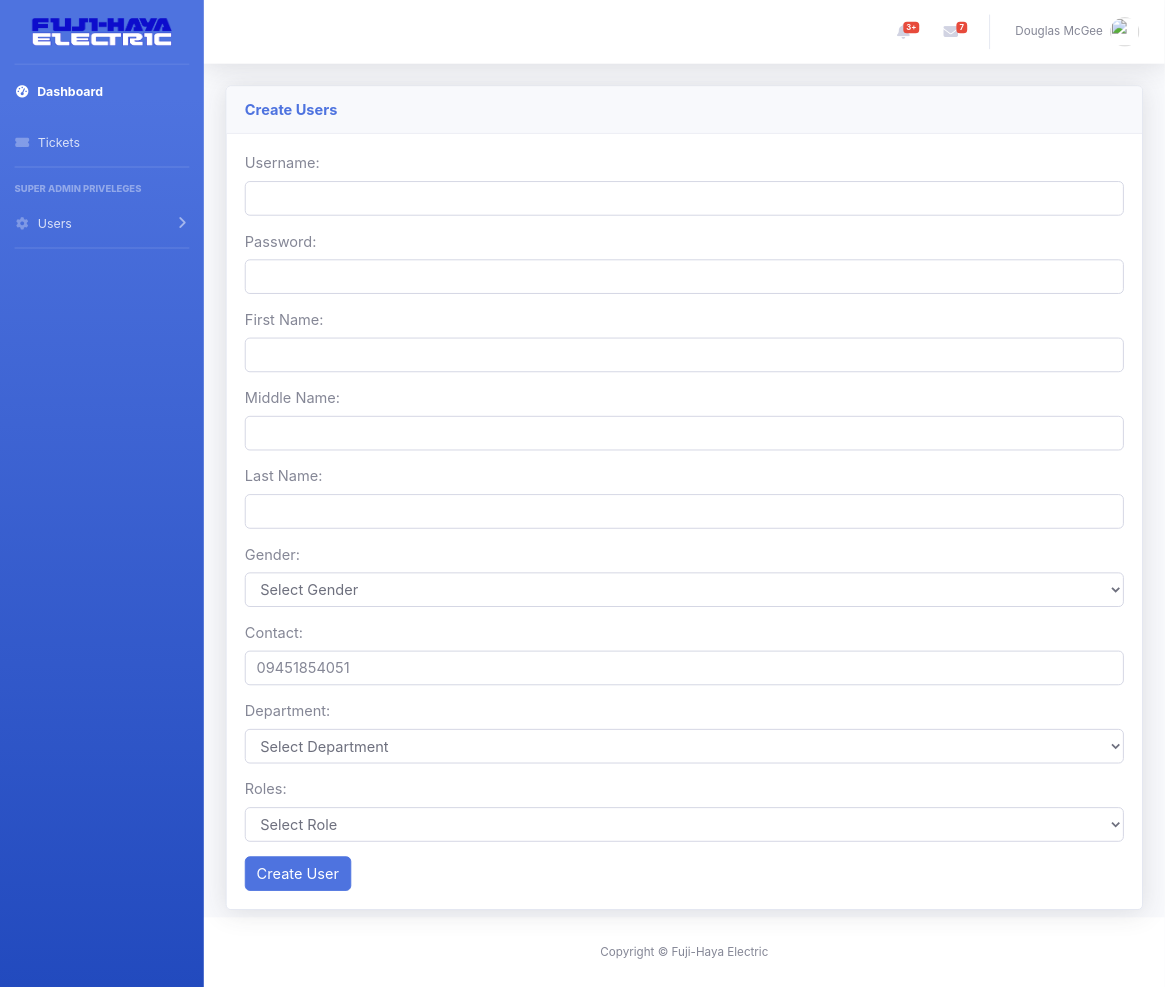
Repository: ejerasga/ticket-inventory
Page: http://localhost/user/create
An editor plug-in stored every save of this project. The page is shown before and after the next save, followed by the edit.
The browser window is 1280 px wide. The pictures show the whole page, at 91% of full size.
The page is served by the project's Laravel application, run on PHP 8.4 with Laravel 10. Other server files are loaded and not shown. Queries for data that is not in the repository find no rows.

Above is the page before, as saved 2025-02-13 16:33:53.

### routes/web.php
<?php

use Illuminate\Support\Facades\Route;
use App\Http\Controllers\Auth\LoginController;
use App\Http\Controllers\UserController;
use App\Http\Controllers\DashboardController;

Route::get('/', function () {
    return view('login');
});

Route::get('/dashboard', function () {
    return view('dashboard');
})->middleware('auth');


// Show the login form
Route::get('login', [LoginController::class, 'showLoginForm'])->name('login');

// Handle the login form submission
Route::post('login', [LoginController::class, 'login']);

// Handle logout
Route::post('logout', [LoginController::class, 'logout'])->name('logout');


Route::get('/dashboard', [DashboardController::class, 'index'])->name('dashboard');  // send user to dashboard

Route::get('/user/create', [UserController::class, 'index'])->name('user_create');  // send user to creating users page

### app/Http/Controllers/UserController.php
<?php

namespace App\Http\Controllers;

use Illuminate\Http\Request;
use App\Models\User;
use App\Http\Requests\CreateUserValidation;
use Illuminate\Support\Facades\Hash;
use App\Models\Department;
use App\Models\Role;

class UserController extends Controller
{
    public function index()
    {
        $departments = Department::all(); // Fetch all departments
        $roles = Role::all(); // Fetch all roles

        return view('users.create_users', compact('departments', 'roles'));
    }



}

### app/Models/Department.php
<?php

namespace App\Models;

use Illuminate\Database\Eloquent\Factories\HasFactory;
use Illuminate\Database\Eloquent\Model;

class Department extends Model
{
    use HasFactory;

    protected $table = 'departments';

    protected $primaryKey = 'd_id'; // primary key
    protected $fillable = ['d_name'];

    public $timestamps = false; // `created_at` and `updated_at` are NULL


    public function users() {
        return $this->hasMany(User::class, 'd_id');
    }

}

### app/Models/Role.php
<?php

namespace App\Models;

use Illuminate\Database\Eloquent\Factories\HasFactory;
use Illuminate\Database\Eloquent\Model;

class Role extends Model
{
    use HasFactory;

    protected $table = 'roles';

    protected $primaryKey = 'r_id'; // primary key
    protected $fillable = ['r_name'];

    public $timestamps = false; // `created_at` and `updated_at` are NULL


    public function users() {
        return $this->hasMany(User::class, 'r_id');
    }

}

### resources/views/users/create_users.blade.php
@extends('layout.header')
    @section('content')


    <div class="container-fluid">

        <!-- Page Heading -->
        {{-- <div class="d-sm-flex align-items-center justify-content-between mb-4">
            <h1 class="h3 mb-0 text-gray-800">Create Users</h1>
        </div> --}}

        <div class="card shadow mb-2">
            <div class="card-header py-3">
                <h6 class="m-0 font-weight-bold text-primary">Create Users</h6>
            </div>
            <div class="card-body">
                <form action="" method="post" autocomplete="off">
                    @csrf
                    <div class="form-group">
                        <label for="u_username">Username:</label>
                        <input type="text" class="form-control" id="u_username" name="u_username" aria-describedby="emailHelp">
                        @error('u_username')
                            <span class="error text-danger">{{ $message }}</span>
                        @enderror
                    </div>

                    <div class="form-group">
                        <label for="u_password">Password:</label>
                        <input type="password" class="form-control" id="u_password" name="u_password">
                        @error('u_password')
                            <span class="error text-danger">{{ $message }}</span>
                        @enderror
                    </div>

                    <div class="form-group">
                        <label for="u_fname">First Name:</label>
                        <input type="text" class="form-control" id="u_fname" name="u_fname">
                        @error('u_fname')
                            <span class="error text-danger">{{ $message }}</span>
                        @enderror
                    </div>

                    <div class="form-group">
                        <label for="u_mname">Middle Name:</label>
                        <input type="text" class="form-control" id="u_mname" name="u_mname">
                        @error('u_mname')
                            <span class="error text-danger">{{ $message }}</span>
                        @enderror
                    </div>

                    <div class="form-group">
                        <label for="u_lname">Last Name:</label>
                        <input type="text" class="form-control" id="u_lname" name="u_lname">
                        @error('u_lname')
                            <span class="error text-danger">{{ $message }}</span>
                        @enderror
                    </div>

                    <div class="form-group">
                        <label for="u_gender">Gender:</label>
                        <select class="form-control" id="u_gender" name="u_gender">
                            <option value="">Select Gender</option>
                            <option value="1">Male</option>
                            <option value="0">Female</option>
                        </select>
                        @error('u_gender')
                            <span class="error text-danger">{{ $message }}</span>
                        @enderror
                    </div>

                    <div class="form-group">
                        <label for="u_contact">Contact:</label>
                        <input type="tel" class="form-control" id="u_contact" name="u_contact" placeholder="09451854051" pattern="[0-9]{4}-[0-9]{3}-[0-9]{4}">
                    </div>

                    <div class="form-group">
                        <label for="d_id">Department:</label>
                        <select class="form-control" id="d_id" name="d_id">
                            <option value="">Select Department</option>
                            @foreach ($departments as $department)
                                <option value="{{ $department->d_id }}">{{ $department->d_name }}</option>
                            @endforeach
                        </select>
                    </div>

                    <div class="form-group">
                        <label for="d_id">Roles:</label>
                        <select class="form-control" id="r_id" name="r_id">
                            <option value="">Select Role</option>
                            @foreach ($roles as $role)
                                <option value="{{ $role->r_id }}">{{ $role->r_name }}</option>
                            @endforeach
                        </select>
                    </div>

                    <button type="submit" class="btn btn-primary">Create User</button>
                </form>
            </div>
        </div>

    </div>

@endsection

Loaded but not shown: app/Providers/AppServiceProvider.php (common file); app/Http/Controllers/Controller.php (common file); public/assets/css/sb-admin-2.min.css (library); public/assets/js/jquery.min.js (library); public/assets/js/bootstrap.bundle.min.js (library); public/assets/js/jquery.easing.min.js (common file); resources/views/layout/header.blade.php (358 lines, source omitted)

After the next save:
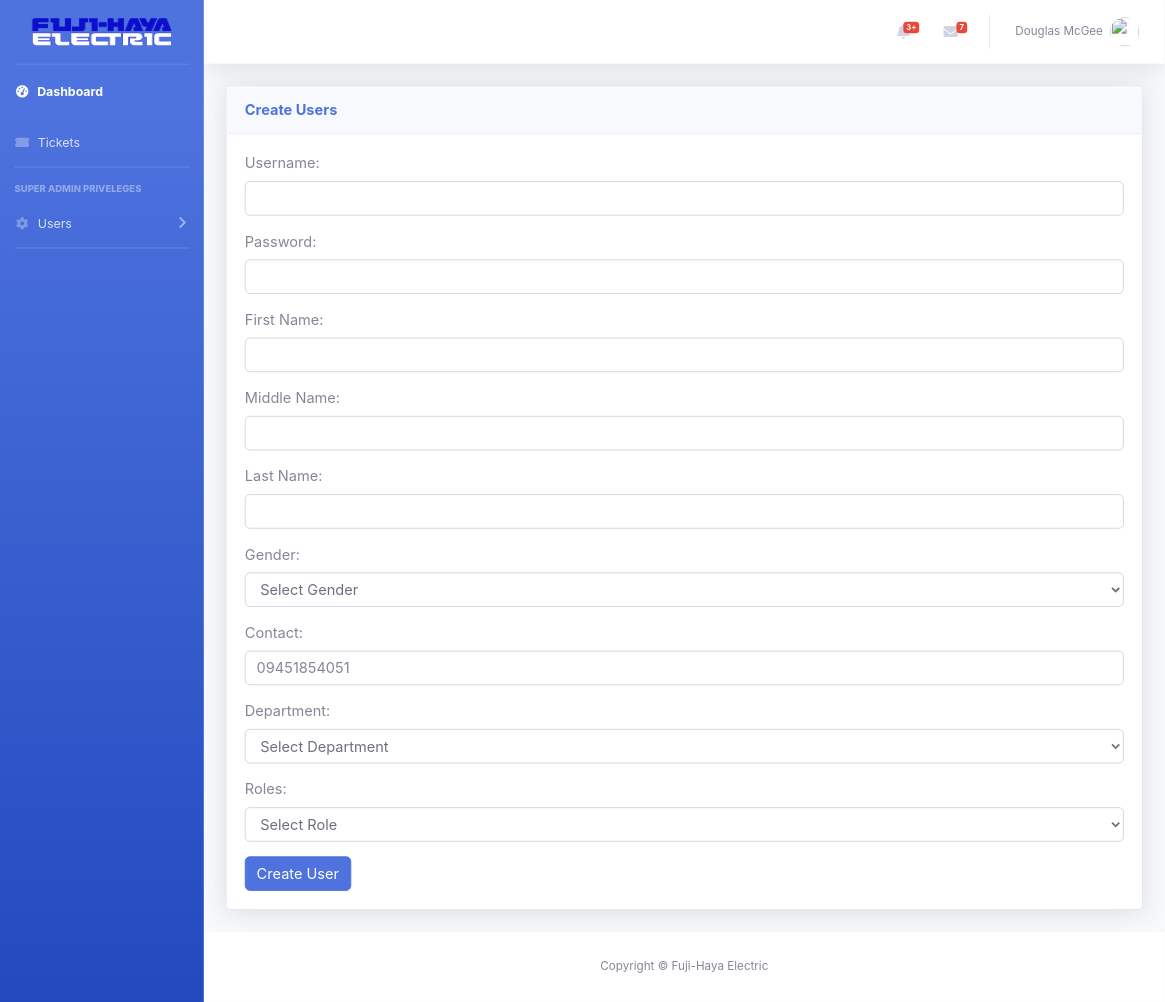
Saved 9 s later.
--- a/resources/views/users/create_users.blade.php
+++ b/resources/views/users/create_users.blade.php
@@ -9,7 +9,7 @@
             <h1 class="h3 mb-0 text-gray-800">Create Users</h1>
         </div> --}}
 
-        <div class="card shadow mb-2">
+        <div class="card shadow mb-4">
             <div class="card-header py-3">
                 <h6 class="m-0 font-weight-bold text-primary">Create Users</h6>
             </div>
